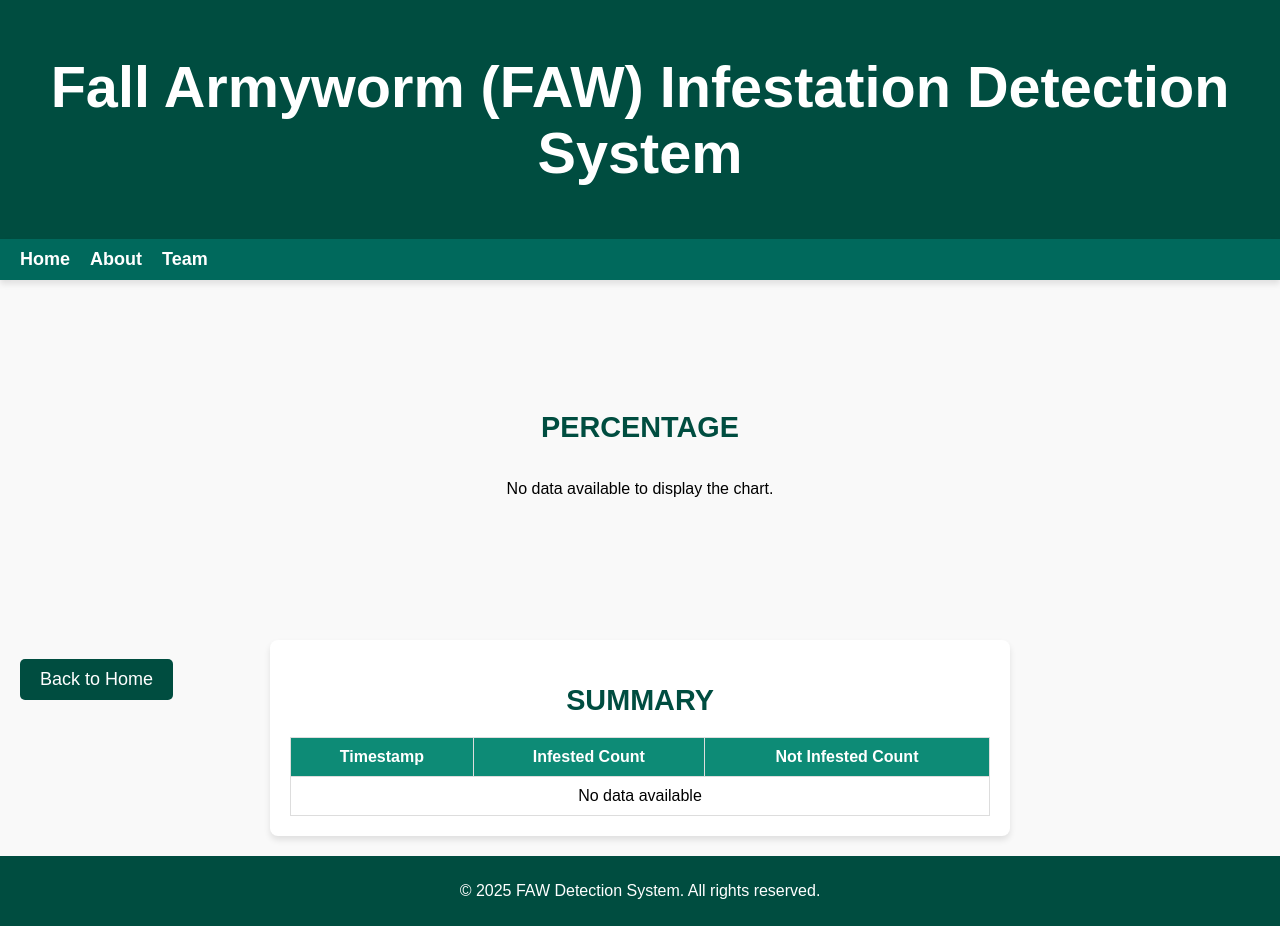
Repository: jansen223/faw-detection-main
Page: /summary
These files come from the project's save history. The page is drawn as it stood at one moment and after the next save; the edit follows.
The browser window is 1280 px wide. The pictures show the whole page.
The page's requests for data from a server got no answer. The project was rebuilt for these pictures with package versions that can differ from the ones it lists, and the page was loaded fresh each time. No one was signed in, and anything a server would have sent is missing. Also part of the build but not shown: src/pages/Home.css, src/pages/Home.js, src/pages/About.css, src/pages/About.js, src/pages/Team.css, src/pages/Team.js.

Above is the page before, as saved 2025-04-12 02:55:42.

### public/index.html
<!DOCTYPE html>
<html lang="en">
<head>
  <meta charset="utf-8" />
  <link rel="icon" href="%PUBLIC_URL%/maize_icon.jpg" />
  <meta name="viewport" content="width=device-width, initial-scale=1" />
  <meta name="theme-color" content="#000000" />
  <meta name="description" content="FAW Detection Web Interface" />
  <title>FAW Detection</title>
</head>
<body>
  <noscript>You need to enable JavaScript to run this app.</noscript>
  <div id="root"></div>
</body>
</html>

### src/App.js
import React, { useEffect, useRef } from 'react';
import { BrowserRouter as Router, Routes, Route, Link } from 'react-router-dom';
import { io } from 'socket.io-client';
import Home from './pages/Home';
import About from './pages/About';
import Team from './pages/Team';
import Summary from './pages/Summary';
import './App.css';

function App() {
  const canvasRef = useRef(null);
  const socketRef = useRef(null);
  const [counts, setCounts] = React.useState({ infested: 0, notInfested: 0 });

  useEffect(() => {
    socketRef.current = io('http://192.168.0.77:5000');

    let lastRenderTime = 0;
    socketRef.current.on('video_frame', (data) => {
      const now = Date.now();
      if (now - lastRenderTime < 100) return; // Skip frames if less than 100ms
      lastRenderTime = now;

      const img = new Image();
      img.src = `data:[embedded picture, 38 characters]

      img.onload = () => {
        const canvas = canvasRef.current;
        if (!canvas) return;
        const ctx = canvas.getContext('2d');
        canvas.width = img.width;
        canvas.height = img.height;
        ctx.drawImage(img, 0, 0);
      };
    });

    socketRef.current.on('detection_counts', (data) => {
      setCounts({
        infested: data.infested_count,
        notInfested: data.not_infested_count
      });
    });

    return () => {
      if (socketRef.current) socketRef.current.disconnect();
    };
  }, []);

  const resetCounts = async () => {
    try {
      const response = await fetch('http://192.168.0.77:5000/reset_counts', {
        method: 'POST',
      });
      const data = await response.json();
      if (data.message) {
        setCounts({ infested: 0, notInfested: 0 });
        alert(data.message);
      }
    } catch (error) {
      console.error('Error resetting counts:', error);
    }
  };

  return (
    <Router>
      <div className="App">
        <header className="App-header">
          <h1>Fall Armyworm (FAW) Infestation Detection System</h1>
        </header>
        <nav className="App-navbar">
          <ul>
            <li><Link to="/">Home</Link></li>
            <li><Link to="/about">About</Link></li>
            <li><Link to="/team">Team</Link></li>
          </ul>
        </nav>
        <Routes>
          <Route path="/" element={<Home canvasRef={canvasRef} counts={counts} resetCounts={resetCounts} />} />
          <Route path="/about" element={<About />} />
          <Route path="/team" element={<Team />} />
          <Route path="/summary" element={<Summary />} />
        </Routes>
        <footer className="App-footer">
          <p>&copy; 2025 FAW Detection System. All rights reserved.</p>
        </footer>
      </div>
    </Router>
  );
}

export default App;

### src/pages/Summary.js
import React, { useEffect, useState } from 'react';
import { Pie } from 'react-chartjs-2';
import { Chart as ChartJS, ArcElement, Tooltip } from 'chart.js';
import ChartDataLabels from 'chartjs-plugin-datalabels';
import { useNavigate } from 'react-router-dom';
import './Summary.css';

// Register Chart.js components and the plugin
ChartJS.register(ArcElement, Tooltip, ChartDataLabels);

function SummaryAndPercentages() {
  const [summaries, setSummaries] = useState([]);
  const [percentages, setPercentages] = useState({ infested: 0, notInfested: 0 });
  const navigate = useNavigate();

  useEffect(() => {
    // Fetch summaries from the backend
    fetch('http://192.168.0.77:5000/get_summaries')
      .then((response) => response.json())
      .then((data) => {
        console.log('Summaries (raw):', data); // Debugging
        const formattedSummaries = data.map((item) => ({
          id: item[0],
          timestamp: item[1],
          infested_count: item[2],
          not_infested_count: item[3],
        }));
        console.log('Summaries (formatted):', formattedSummaries); // Debugging
        setSummaries(formattedSummaries);
      })
      .catch((error) => console.error('Error fetching summaries:', error));

    // Fetch percentages from the backend
    fetch('http://192.168.0.77:5000/get_percentages')
      .then((response) => response.json())
      .then((data) => {
        console.log('Percentages:', data); // Debugging
        setPercentages({
          infested: parseFloat(data.infested_percentage.toFixed(4)) || 0,
          notInfested: parseFloat(data.not_infested_percentage.toFixed(4)) || 0,
        });
      })
      .catch((error) => console.error('Error fetching percentages:', error));
  }, []);

  const handleDelete = (id) => {
    if (window.confirm('Are you sure you want to delete this summary?')) {
      fetch(`http://192.168.0.77:5000/delete_summary/${id}`, {
        method: 'DELETE',
      })
        .then((response) => response.json())
        .then((data) => {
          console.log(data.message); // Debugging
          // Remove the deleted summary from the state
          setSummaries((prevSummaries) => prevSummaries.filter((summary) => summary.id !== id));
        })
        .catch((error) => console.error('Error deleting summary:', error));
    }
  };

  // Data for the pie chart
  const data = {
    labels: ['Infested', 'Not Infested'],
    datasets: [
      {
        data: [percentages.infested || 0, percentages.notInfested || 0],
        backgroundColor: ['#ffcccb', '#c8e6c9'],
        borderColor: ['#b71c1c', '#1b5e20'],
        borderWidth: 1,
      },
    ],
  };

  // Chart options to display labels on the chart
  const options = {
    plugins: {
      legend: {
        display: false, // Disable the legend
      },
      tooltip: {
        callbacks: {
          label: (tooltipItem) => `${tooltipItem.label}: ${tooltipItem.raw}%`,
        },
      },
      datalabels: {
        color: '#000', // Label color
        font: {
          size: 14, // Font size
          weight: 'bold',
        },
        formatter: (value, context) => {
          const label = context.chart.data.labels[context.dataIndex];
          return `${label}: ${value}%`; // Format the label
        },
      },
    },
  };

  return (
    <div className="summary-and-percentages-container">
      {/* Percentages Section */}
      <div className="chart-section">
        <h2>PERCENTAGE</h2>
        {percentages.infested + percentages.notInfested > 0 ? (
        <Pie data={data} options={options} />
        ) : (
          <p>No data available to display the chart.</p>
        )}
      </div>
      <div className="summary-section">
        <h2>SUMMARY</h2>
        <table className="summary-table">
          <thead>
            <tr>
              <th>Timestamp</th>
              <th>Infested Count</th>
              <th>Not Infested Count</th>
            </tr>
          </thead>
          <tbody>
            {summaries.length > 0 ? (
              summaries.map((summary) => (
                <tr key={summary.id}>
                  <td>{summary.timestamp}</td>
                  <td>{summary.infested_count}</td>
                  <td>{summary.not_infested_count}</td>
                  <td>
                    <button
                      onClick={() => handleDelete(summary.id)}
                      className="delete-button"
                    >
                      Delete
                    </button>
                  </td>
                </tr>
              ))
            ) : (
              <tr>
                <td colSpan="4">No data available</td>
              </tr>
            )}
          </tbody>
        </table>
      </div>
      <button onClick={() => navigate('/')} className="back-button">
        Back to Home
      </button>
    </div>
  );
}

export default SummaryAndPercentages;

### src/App.css
html,
body {
  margin: 0;
  padding: 0;
  font-family: 'Arial', sans-serif; /* Use a clean, modern font */
  background-color: #f9f9f9; /* Light background for better readability */
}

.App {
  display: flex;
  flex-direction: column;
  min-height: 100vh;
}

.App-header {
  background-color: #004d40;
  color: white;
  text-align: center;
  font-size: 1.8rem;
  font-weight: bold;
  padding: 15px 0;
  box-shadow: 0 4px 6px rgba(0, 0, 0, 0.1);
}

.App-navbar {
  background-color: #00695c;
  color: white;
  padding: 10px 20px;
  display: flex;
  justify-content: space-between;
  align-items: center;
  box-shadow: 0 4px 6px rgba(0, 0, 0, 0.1);
}

.App-navbar ul {
  list-style: none;
  display: flex;
  gap: 20px;
  margin: 0;
  padding: 0;
}

.App-navbar a {
  color: white;
  text-decoration: none;
  font-weight: bold;
  font-size: 18px;
}

.App-navbar a:hover {
  text-decoration: underline;
}

.App-footer {
  background-color: #004d40;
  color: white;
  text-align: center;
  padding: 10px 0;
  margin-top: auto;
}

### src/pages/Summary.css
.summary-and-percentages-container {
  display: flex;
  flex-wrap: wrap; /* Allow wrapping for smaller screens */
  justify-content: center; /* Center content horizontally */
  align-items: flex-start;
  padding: 20px;
  gap: 40px; /* Add spacing between sections */
}

.chart-section {
  width: 100%;
  max-width: 500px; /* Limit chart width */
  text-align: center;
  display: flex;
  flex-direction: column;
  align-items: center;
  justify-content: center;
  min-height: 300px; /* Ensure enough height for the pie chart */
}

.chart-wrapper {
  width: 100%;     /* or fixed value like 500px */
  max-width: 600px;
  height: 400px;
}

.chart-wrapper canvas {
  width: 100% !important;
  height: 100% !important;
}

.chart-section h2 {
  font-size: 1.8rem;
  margin-bottom: 20px;
  color: #004d40;
}

.summary-section {
  width: 100%;
  max-width: 700px; /* Limit table width */
  overflow-y: auto;
  padding: 20px;
  box-shadow: 0 4px 6px rgba(0, 0, 0, 0.1);
  background-color: #ffffff;
  border-radius: 8px;
}

.summary-section h2 {
  font-size: 1.8rem;
  margin-bottom: 20px;
  color: #004d40;
  text-align: center;
}

.summary-table {
  width: 100%;
  border-collapse: collapse;
  margin-top: 20px;
}

.summary-table th, .summary-table td {
  border: 1px solid #ddd;
  padding: 10px;
  text-align: center;
  font-size: 1rem; /* Ensure consistent font size */
}

.summary-table th {
  background-color: #0d8b76;
  color: white;
}

.summary-table tr:nth-child(even) {
  background-color: #f2f2f2;
}

.back-button {
  position: fixed; /* Fix the button to the bottom-left corner */
  bottom: 20px;
  left: 20px;
  padding: 10px 20px;
  background-color: #004d40;
  color: white;
  border: none;
  border-radius: 5px;
  cursor: pointer;
  font-size: 18px;
  transition: background-color 0.3s ease;
}

.back-button:hover {
  background-color: #00695c;
}

.delete-button {
  padding: 5px 10px;
  background-color: #d32f2f;
  color: white;
  border: none;
  border-radius: 3px;
  cursor: pointer;
  font-size: 0.9rem;
  transition: background-color 0.3s ease;
}

.delete-button:hover {
  background-color: #b71c1c;
}

Loaded but not shown: src/index.js (common file); src/index.css (common file); src/reportWebVitals.js (common file)

After the next save:
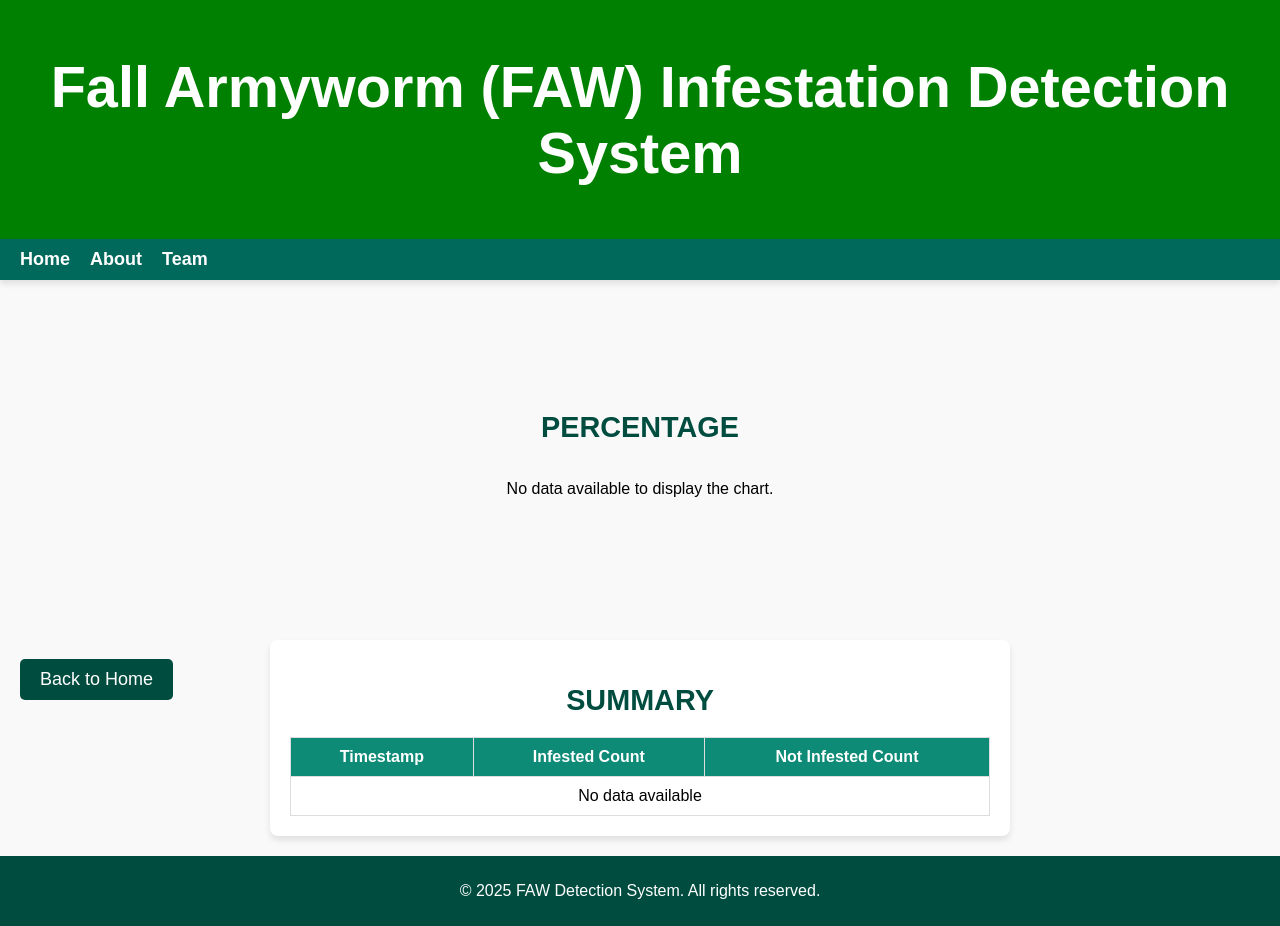
Saved 73 s later.
--- a/src/App.css
+++ b/src/App.css
@@ -13,7 +13,7 @@ body {
 }
 
 .App-header {
-  background-color: #004d40;
+  background-color: green;
   color: white;
   text-align: center;
   font-size: 1.8rem;
